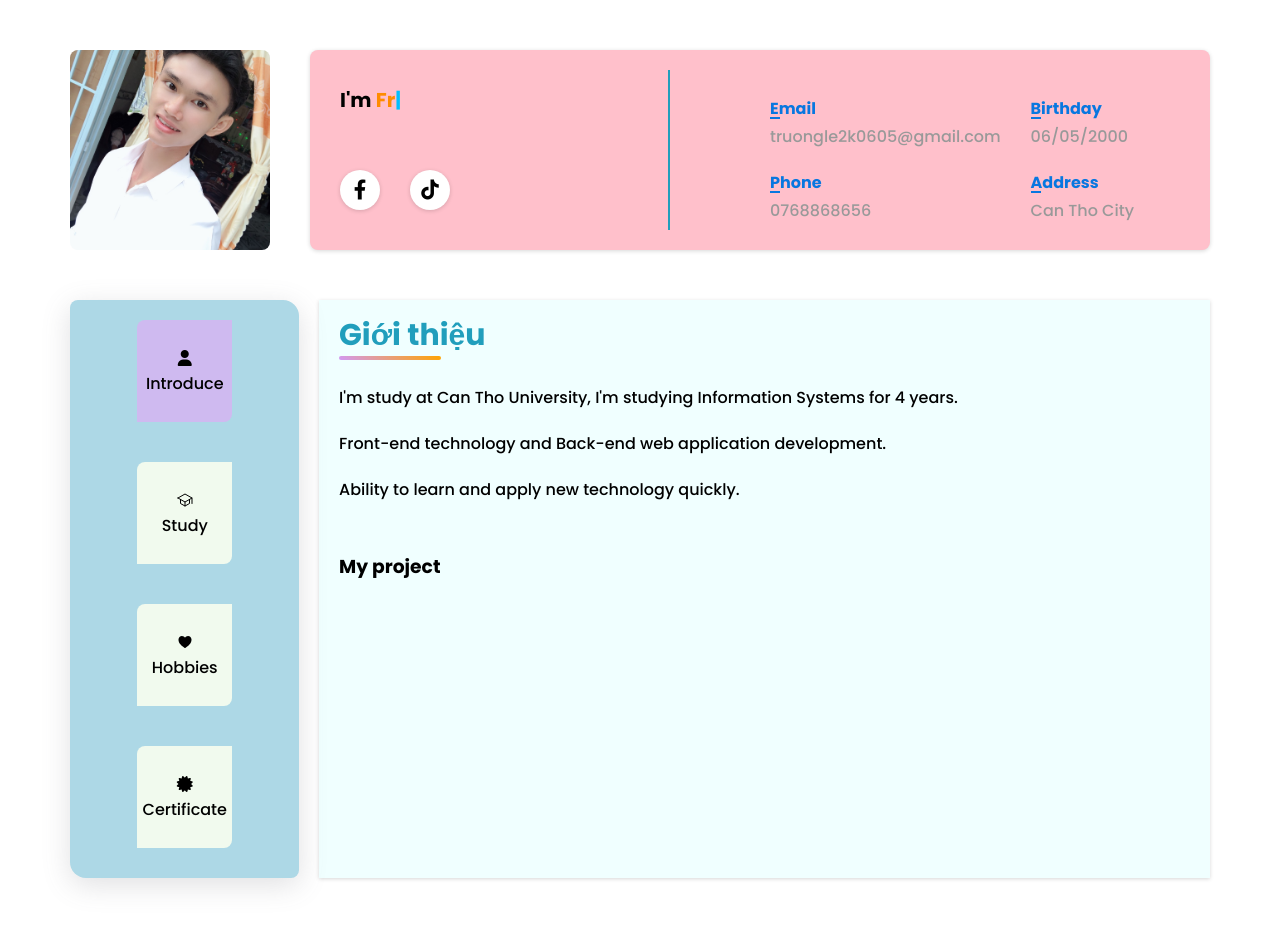
Repository: TruongLe2k0605/CodeCV
Page: cv.html
The author's editor kept a copy of each file at every save. The page is drawn from the files as they stood at one save, then again after the next save.
The browser window is 1280 px wide. The pictures show the whole page.
Some web fonts or font styles are not loaded; a fallback is used. Some web libraries are served in a nearby version.

Above is the page before, as saved 2022-03-28 14:00:07.
Not found: img/project-tic-tac-toe.png

### cv.html
<!DOCTYPE html>
<html lang="en">
  <head>
    <meta charset="UTF-8" />
    <meta http-equiv="X-UA-Compatible" content="IE=edge" />
    <meta name="viewport" content="width=device-width, initial-scale=1.0" />
    <title>CV | Le Nhat Truong</title>
    <link rel="preconnect" href="https://fonts.googleapis.com" />
    <link rel="preconnect" href="https://fonts.gstatic.com" crossorigin />
    <link rel="shortcut icon" type="image/png" href="/img/logo.ico" />
    <link
      href="https://fonts.googleapis.com/css2?family=Poppins:wght@300;500;600;700&display=swap"
      rel="stylesheet"
    />
    <link
      rel="stylesheet"
      href="https://cdnjs.cloudflare.com/ajax/libs/font-awesome/6.1.0/css/all.min.css"
      integrity="sha512-10/jx2EXwxxWqCLX/hHth/vu2KY3jCF70dCQB8TSgNjbCVAC/8vai53GfMDrO2Emgwccf2pJqxct9ehpzG+MTw=="
      crossorigin="anonymous"
      referrerpolicy="no-referrer"
    />
    <link rel="preconnect" href="https://fonts.googleapis.com" />
    <link rel="preconnect" href="https://fonts.gstatic.com" crossorigin />

    <link
      href="https://fonts.googleapis.com/css2?family=Hurricane&family=Poppins:wght@300;500;600;700&display=swap"
      rel="stylesheet"
    />
    <script
      type="module"
      src="https://unpkg.com/ionicons@5.5.2/dist/ionicons/ionicons.esm.js"
    ></script>
    <script
      nomodule
      src="https://unpkg.com/ionicons@5.5.2/dist/ionicons/ionicons.js"
    ></script>
    <link rel="stylesheet" href="./css/reset.css" />
    <link rel="stylesheet" href="./css/cv.css" />
  </head>
  <body>
    <div class="wrapper">
      <header class="about">
        <img src="./image/truongle.jpg" alt="" class="about-img" />

        <div class="about-info">
          <div class="about-content">
            <h2 class="about-name">I'm <span class="line-name"></span></h2>

            <div class="social-list">
              <a
                href="https://www.facebook.com/profile.php?id=100026598735786"
                data-name="Facebook"
                class="social-item"
              >
                <i class="fa-brands fa-facebook-f social-link"></i>
              </a>
              <a href="#!" class="social-item" data-name="Tiktok">
                <i class="fa-brands fa-tiktok social-link"></i>
              </a>

            </div>
          </div>

          <div class="contact-list">
            <div class="contact-item">
              <span>Email</span>
              <span>truongle2k0605@gmail.com</span>
            </div>
            <div class="contact-item">
              <span>Birthday</span>
              <span>06/05/2000</span>
            </div>
            <div class="contact-item">
              <span>Phone</span>
              <span>0768868656</span>
            </div>
            <div class="contact-item">
              <span>Address</span>
              <span>Can Tho City</span>
            </div>
          </div>
        </div>
      </header>

      <div class="navbar">
        <ul class="navbar-list">
          <li class="navbar-item active" data-idx="1">
            <i class="fa-solid fa-user"></i>
            <span>Introduce</span>
          </li>
          <li class="navbar-item" data-idx="2">
            <ion-icon name="school-outline"></ion-icon>
            <span>Study</span>
          </li>
          <li class="navbar-item" data-idx="3">
            <ion-icon name="heart"></ion-icon>
            <span>Hobbies</span>
          </li>
          <li class="navbar-item" data-idx="4">
            <i class="fa-solid fa-certificate"></i>
            <span>Certificate</span>
          </li>
        </ul>

        <ul class="information-list">
          <li class="information-item active" data-idx="1">
            <h3 class="intro">Giới thiệu</h3>
            <div class="intro-list">
              <p>
                I'm study at Can Tho University, I'm studying Information
                Systems for 4 years.
              </p>
              <p>
                Front-end technology and Back-end web application development.
              </p>
              <p>Ability to learn and apply new technology quickly.</p>
            </div>
            <h3 class="project-name">My project</h3>
            <div class="project-list">


              <div class="project-item">
                <a
                  href=""
                  class="project-link"
                >
                  <img src="./img/project-tic-tac-toe.png" alt="" />
                </a>
              </div>
            </div>
          </li>
          <li class="information-item" data-idx="2">
            <h4 class="information-education intro">Education</h4>
            <div class="education-list">
              <div class="education-item">
                <h4 class="education-name">Can Tho University</h4>
                <span>2018 - nay</span>
              </div>
              <div class="education-item">
                <h4 class="education-name">F8</h4>
                <span>2019 - nay</span>
              </div>
              <div class="education-item">
                <h4 class="education-name">Evondev</h4>
                <span>2020 - nay</span>
              </div>
            </div>
            <div class="skills">
              <h3 class="skills-title">Skills</h3>
              <ul class="skills-list">
                <li class="skills-item">HTML & CSS</li>
                <li class="skills-item">Javascript</li>
                <li class="skills-item">PHP</li>
                <li class="skills-item">Git</li>
                <li class="skills-item">Bootstrap</li>
                <li class="skills-item">HTML & CSS</li>
                <li class="skills-item">Javascript</li>
                <li class="skills-item">PHP</li>
                <li class="skills-item">Git</li>
                <li class="skills-item">Bootstrap</li>
                <!-- <li class="skills-item">Sass</li> -->
              </ul>
            </div>
          </li>
          <li class="information-item">
            <h4 class="information-hobbies intro">Hobbies</h4>
            <ul class="hobbies-list">
              <li class="hobbies-item">
                <div class="hobbies-title">
                  <img src="./image/nhac.jpg" alt="" />
                  Play Music
                </div>
                <div class="hobbies-content">
                  <img src="./img/spotify.png" alt="" class="hobbies-img" />
                  <p class="hobbies-desc">
                    I usually listen to music to release stress.
                  </p>
                </div>
              </li>
              <li class="hobbies-item">
                <div class="hobbies-title">
                  <img
                    src="./image/anh-bong-chuyen-dep_034939462.jpg"
                    alt=""
                    class="hobbies-img__small"
                  />
                  Play Sport
                </div>
                <div class="hobbies-content">
                  <img src="./image/thuan-4159-1430374227.jpg" alt="" class="hobbies-img" />
                  <p class="hobbies-desc">
                    Playing volleyball are very good for your health.
                  </p>
                </div>
              </li>
            </ul>
          </li>
        </ul>
      </div>
    </div>
    <script src="https://cdn.jsdelivr.net/npm/typed.js@2.0.12"></script>
    <script src="./js/starter.js"></script>
  </body>
</html>

### css/reset.css
*,
*::before,
*::after {
  box-sizing: border-box;
}
* {
  margin: 0;
}

html,
body {
  height: 100%;
}
body {
  line-height: 1.5;
  -webkit-font-smoothing: antialiased;
  -webkit-tap-highlight-color: rgba(0, 0, 0, 0);
}

img,
picture,
video,
canvas,
svg {
  display: block;
  max-width: 100%;
}
input,
button,
textarea,
select {
  font: inherit;
  outline: none;
  border: none;
}
p,
h1,
h2,
h3,
h4,
h5,
h6 {
  overflow-wrap: break-word;
}
a {
  text-decoration: none;
}

### css/cv.css
* {
  margin: 0;
  padding: 0;
  box-sizing: border-box;
}

body {
  font-family: "Poppins", sans-serif;
  line-height: 1;
  font-size: 16px;
}

ul,
li {
  list-style-type: none;
}

.wrapper {
  max-width: 1140px;
  width: 100%;
  margin: 0 auto;
  padding-bottom: 50px;
}

.about {
  display: flex;
  justify-content: center;
  align-items: center;
  gap: 0 40px;
  margin: 50px auto;
  max-width: 900px;
}
.about-img {
  width: 200px;
  border-radius: 8px;
  height: 200px;
  object-fit: cover;
  flex-shrink: 0;
}
.about-info {
  box-shadow: rgba(0, 0, 0, 0.16) 0px 1px 4px;
  padding: 20px 30px;
  height: 200px;
  display: flex;
  align-items: center;
  gap: 0 10px;
  border-radius: 8px;
  flex: 0 0 100%;
  position: relative;
  background-color:#FFC0CB;
}
.about-info::after {
  content: "";
  position: absolute;
  width: 2px;
  height: 80%;
  background-color:#219ebc;
  left: 40%;
  transform: translateX(-100%);
}
.about-content {
  flex: 0 0 50%;
}
.about-name {
  margin-bottom: 10px;
  font-size: 20px;
}
.about-employ {
  display: block;
  padding-bottom: 15px;
  color: #0877e0;
}
.about-desc {
  line-height: 1.4;
}

.contact-list {
  margin-top: 20px;
  display: grid;
  grid-template-columns: 1fr 1fr;
  flex: 1 0 50%;
  grid-gap: 30px;
}
.contact-item {
  display: flex;
  flex-direction: column;
  gap: 10px;
}
.contact-item span:first-child {
  color:#0877e0;
  font-weight: bold;
  width: 10px;
  border-bottom: 2px solid #0877e0;
}
.contact-item span:nth-child(2) {
  color: #999;
}

.social-list {
  margin-top: 60px;
  display: flex;
  gap: 0 30px;
}
.social-item {
  transition: all 0.2s linear;
  color: #000;
  font-size: 20px;
  width: 40px;
  height: 40px;
  display: flex;
  justify-content: center;
  align-items: center;
  border-radius: 100rem;
  box-shadow: rgba(0, 0, 0, 0.16) 0px 1px 4px;
  background-color: #fff;
}
.social-item:hover {
  background-color: #200120;
  color: #fff;
}

.tooltip-text {
  position: fixed;
  background-color: #ffa400;
  transition: all 0.2s linear;
  padding: 10px;
  border-radius: 8px;
}

.tooltip-text::after {
  content: "";
  position: absolute;
  border-left: 10px solid transparent;
  border-right: 10px solid transparent;
  border-top: 10px solid #0877e0;
  left: 50%;
  transform: translate(-50%, 255%);
}

.line-name {
  color:darkorange;
}

.typed-cursor {
  color:#00BFFF;
}

.navbar {
  width: 100%;
  display: flex;
  justify-content: space-between;
  gap: 0 20px;
}
.navbar-list {
  border-radius: 8px 16px 8px 16px;
  width: 25%;
  padding: 20px;
  box-shadow: rgba(100, 100, 111, 0.2) 0px 7px 29px 0px;
  gap: 30px;
  display: flex;
  flex-direction: column;
  align-items: center;
  background-color:#ADD8E6;
  backdrop-filter: blur(0.3px);
}
.navbar-item {
  transition: all 0.2s linear;
  cursor: pointer;
  background-color: #f1faee;
  display: inline-flex;
  align-items: center;
  justify-content: center;
  flex-direction: column;
  width: 50%;
  padding: 30px;
  gap: 10px;
  margin-bottom: 10px;
  border-radius: 8px 0 8px 0;
  transition: all 0.2s linear;
}
.navbar-item.active {
  background-color: #cfbaf0;
}
.navbar-item > * {
  pointer-events: none;
}

.information-list {
  width: 100%;
  padding: 20px;
  box-shadow: rgba(0, 0, 0, 0.16) 0px 1px 4px;
  transition: all 0.2s linear;
  background-color:azure;
}
.information-item {
  display: none;
}
.information-item.active {
  animation: fadeIn 1s forwards 1 cubic-bezier(0.47, 0, 0.745, 0.715);
  display: block;
}

@keyframes fadeIn {
  from {
    transform: scale(0);
  }
  to {
    transform: scale(1);
  }
}
.intro {
  display: inline-block;
  font-size: 30px;
  color: #219ebc;
  margin-bottom: 40px;
  position: relative;
}
.intro::after {
  content: "";
  position: absolute;
  width: 70%;
  bottom: -10px;
  left: 0;
  background: linear-gradient(216deg, #ffa400 0%, #d198f5 100%);
  height: 4px;
  border-radius: 66px;
}

.project-name {
  margin: 60px 0;
}
.project-list {
  display: grid;
  grid-template-columns: repeat(3, 1fr);
  grid-gap: 15px;
}
.project-item {
  transition: all 0.2s linear;
}
.project-item:hover {
  transform: translateY(-15px);
}
.project-item:nth-child(odd):hover {
  border-bottom-right-radius: 4px;
  border-bottom: 4px solid #219ebc;
  border-right: 4px solid #219ebc;
}
.project-item:nth-child(even):hover {
  border-top-left-radius: 4px;
  border-top: 4px solid #219ebc;
  border-left: 4px solid #219ebc;
}

.education-list {
  padding: 0 30px;
  margin: 0 30px;
  display: flex;
  flex-direction: column;
  gap: 20px;
  position: relative;
  margin-bottom: 50px;
}
.education-list::before {
  content: "";
  position: absolute;
  left: -1%;
  z-index: 9;
  top: 50%;
  width: 20px;
  transform: translateY(-50%);
  height: 20px;
  border-radius: 100%;
  background-color: #219ebc;
  border: 2px solid #ccc;
  box-shadow: rgba(149, 157, 165, 0.2) 0px 8px 24px;
}
.education-list::after {
  position: absolute;
  content: "";
  width: 3px;
  height: 100%;
  left: 0;
  background-color: #ccc;
}
.education-item::after {
  content: "";
  position: absolute;
  left: -1%;
  z-index: 9;
  top: 0;
  width: 20px;
  height: 20px;
  border-radius: 100%;
  background-color: #219ebc;
  border: 2px solid #ccc;
  box-shadow: rgba(149, 157, 165, 0.2) 0px 8px 24px;
}
.education-item::before {
  content: "";
  position: absolute;
  left: -1%;
  z-index: 9;
  bottom: 0;
  width: 20px;
  height: 20px;
  border-radius: 100%;
  background-color: #219ebc;
  border: 2px solid #ccc;
  box-shadow: rgba(149, 157, 165, 0.2) 0px 8px 24px;
}

.skills-title {
  margin-bottom: 30px;
}
.skills-list {
  height: 200px;
  display: flex;
  flex-direction: column;
  gap: 30px 0;
  flex-wrap: wrap;
  margin: 0 30px;
  padding: 0 30px;
  position: relative;
}
.skills-list::after {
  position: absolute;
  content: "";
  width: 3px;
  height: 100%;
  left: 0;
  background-color: #ccc;
}
.skills-item:first-child:after {
  content: "";
  position: absolute;
  left: -1%;
  z-index: 9;
  top: 0;
  width: 20px;
  height: 20px;
  border-radius: 100%;
  background-color: #219ebc;
  border: 2px solid #ccc;
  box-shadow: rgba(149, 157, 165, 0.2) 0px 8px 24px;
}
.skills-item::before {
  content: "";
  position: absolute;
  left: -1%;
  z-index: 9;
  bottom: 0;
  width: 20px;
  height: 20px;
  border-radius: 100%;
  background-color: #219ebc;
  border: 2px solid #ccc;
  box-shadow: rgba(149, 157, 165, 0.2) 0px 8px 24px;
}
.skills-item:nth-child(2) {
  position: relative;
}
.skills-item:nth-child(2):before {
  content: "";
  position: absolute;
  left: -38px;
  z-index: 9;
  bottom: 0px;
  width: 20px;
  height: 20px;
  border-radius: 100%;
  background-color: #219ebc;
  border: 2px solid #ccc;
  box-shadow: rgba(149, 157, 165, 0.2) 0px 8px 24px;
}
.skills-item:nth-child(3) {
  position: relative;
}
.skills-item:nth-child(3):before {
  content: "";
  position: absolute;
  left: -38px;
  z-index: 9;
  bottom: 0px;
  width: 20px;
  height: 20px;
  border-radius: 100%;
  background-color: #219ebc;
  border: 2px solid #ccc;
  box-shadow: rgba(149, 157, 165, 0.2) 0px 8px 24px;
}
.skills-item:nth-child(4) {
  position: relative;
}
.skills-item:nth-child(4):before {
  content: "";
  position: absolute;
  left: -38px;
  z-index: 9;
  bottom: 0px;
  width: 20px;
  height: 20px;
  border-radius: 100%;
  background-color: #219ebc;
  border: 2px solid #ccc;
  box-shadow: rgba(149, 157, 165, 0.2) 0px 8px 24px;
}

.intro-list {
  display: flex;
  flex-direction: column;
  gap: 30px;
}

.hobbies-title {
  display: flex;
  align-items: center;
  gap: 0 20px;
  font-size: 20px;
  color: #333;
  margin-bottom: 5px;
}
.hobbies-list {
  display: flex;
  flex-direction: column;
  gap: 100px;
}
.hobbies-content {
  display: flex;
  align-items: center;
  gap: 0 20px;
}
.hobbies-img {
  height: 100px;
  width: 200px;
  object-fit: cover;
  border-radius: 8px;
}
.hobbies-img__small {
  width: 50px;
  height: 50px;
  object-fit: cover;
  object-position: center;
  border-radius: 8px;
}

/*# sourceMappingURL=app.css.map */

### js/starter.js
var type = new Typed(".line-name", {
  strings: ["Le Nhat Truong", "Frontend Developer"],
  loop: true,
  typeSpeed: 150,
  backSpeed: 50,
  cursorChar: "|",
});

const socialItems = document.querySelectorAll(".social-item");
const informationItems = document.querySelectorAll(".information-item");
const navbarItems = document.querySelectorAll(".navbar-item");

// Tooltip
[...socialItems].forEach((item) =>
  item.addEventListener("mouseenter", handleShowToolTip)
);

function handleShowToolTip(e) {
  const tooltip = document.createElement("div");
  tooltip.className = "tooltip-text";
  tooltip.textContent = e.target.dataset.name;
  document.body.appendChild(tooltip);
  const cords = e.target.getBoundingClientRect();
  const triangle = 10;
  const { left, top, width, height } = cords;
  tooltip.style.left = `${left - width / 2}px`;
  tooltip.style.top = `${top - triangle - tooltip.offsetHeight}px`;
  if (e.target.dataset.name === "Facebook") {
    tooltip.style.backgroundColor = "#3B5999";
  } else if (e.target.dataset.name === "Tiktok") {
    tooltip.style.backgroundColor = "#E1306C";
  } else {
    tooltip.style.backgroundColor = "#e9c46a";
  }
}

[...socialItems].forEach((item) =>
  item.addEventListener("mouseleave", function () {
    const tooltip = document.querySelector(".tooltip-text");
    if (tooltip) {
      tooltip.parentNode.removeChild(tooltip);
    }
  })
);

// NavbarItem
[...navbarItems].forEach((navbar, idx) => {
  navbar.addEventListener("click", function () {
    console.log(idx);
    // Lấy được index của element ta click vào
    const item = informationItems[idx];
    [...navbarItems].forEach((item) => item.classList.remove("active"));
    this.classList.add("active");
    [...informationItems].forEach((info) => info.classList.remove("active"));
    item.classList.add("active");
  });
});

// function handleToggleActive(e) {
//   [...navbarItems].forEach((item) => item.classList.remove("active"));
//   e.target.classList.add("active");
//   console.log(e.target.dataset.idx);
// }

After the next save:
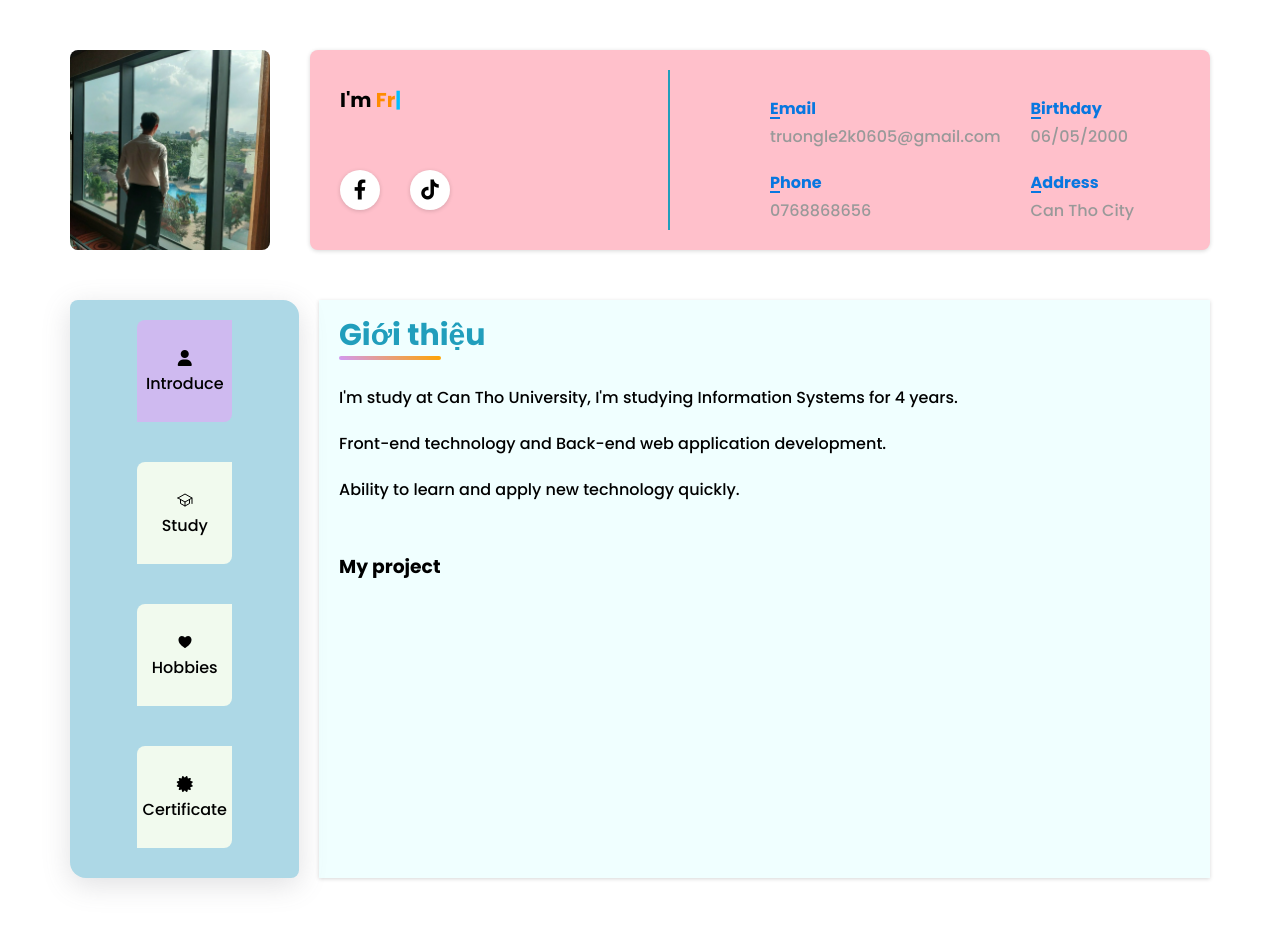
Saved 2 days later.
--- a/cv.html
+++ b/cv.html
@@ -40,7 +40,7 @@
   <body>
     <div class="wrapper">
       <header class="about">
-        <img src="./image/truongle.jpg" alt="" class="about-img" />
+        <img src="./image/truong.jpg" alt="" class="about-img" />
 
         <div class="about-info">
           <div class="about-content">

After the save that followed:
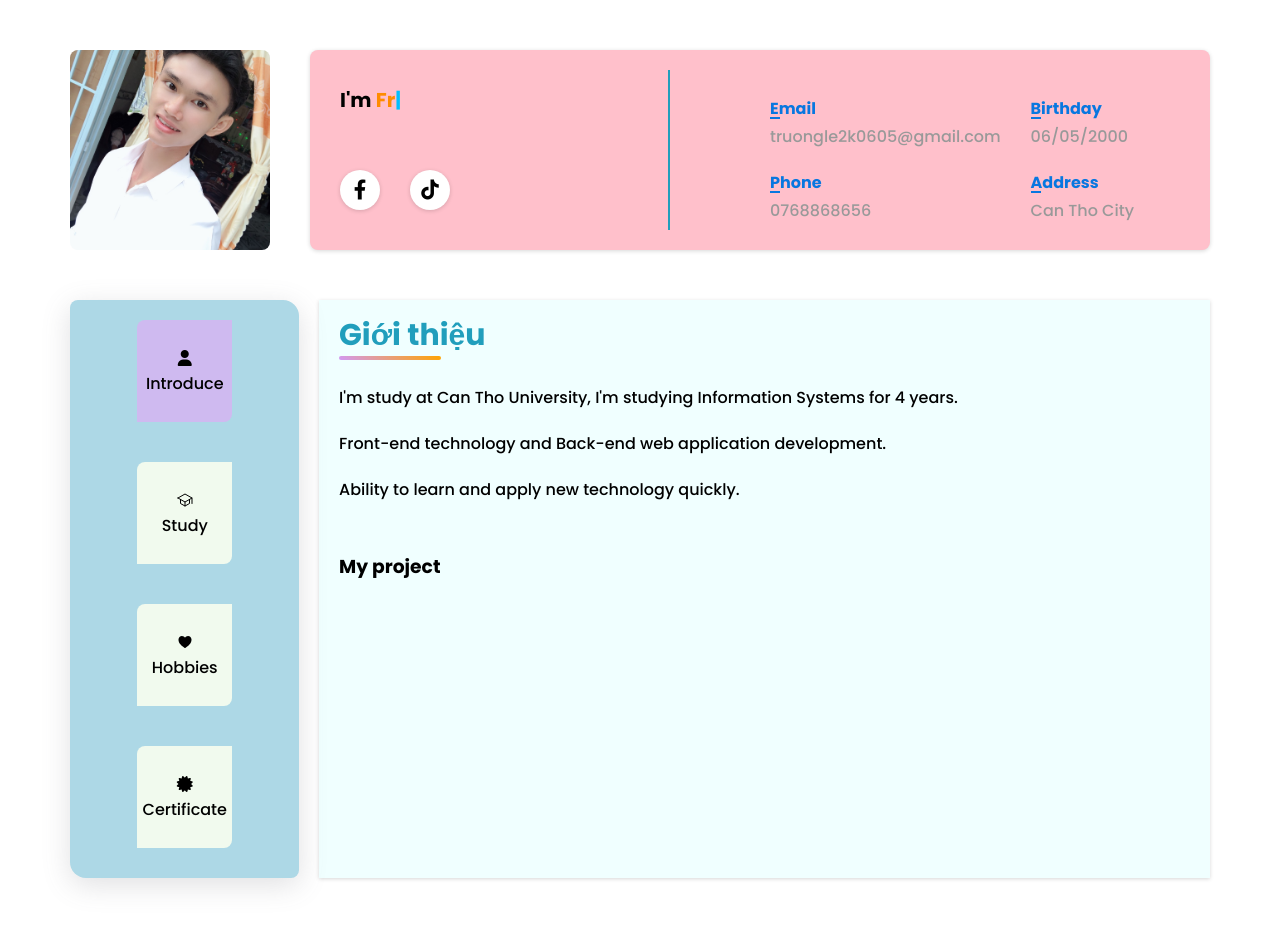
Saved 69 s later.
--- a/cv.html
+++ b/cv.html
@@ -40,7 +40,7 @@
   <body>
     <div class="wrapper">
       <header class="about">
-        <img src="./image/truong.jpg" alt="" class="about-img" />
+        <img src="./image/truongle.jpg" alt="" class="about-img" />
 
         <div class="about-info">
           <div class="about-content">
